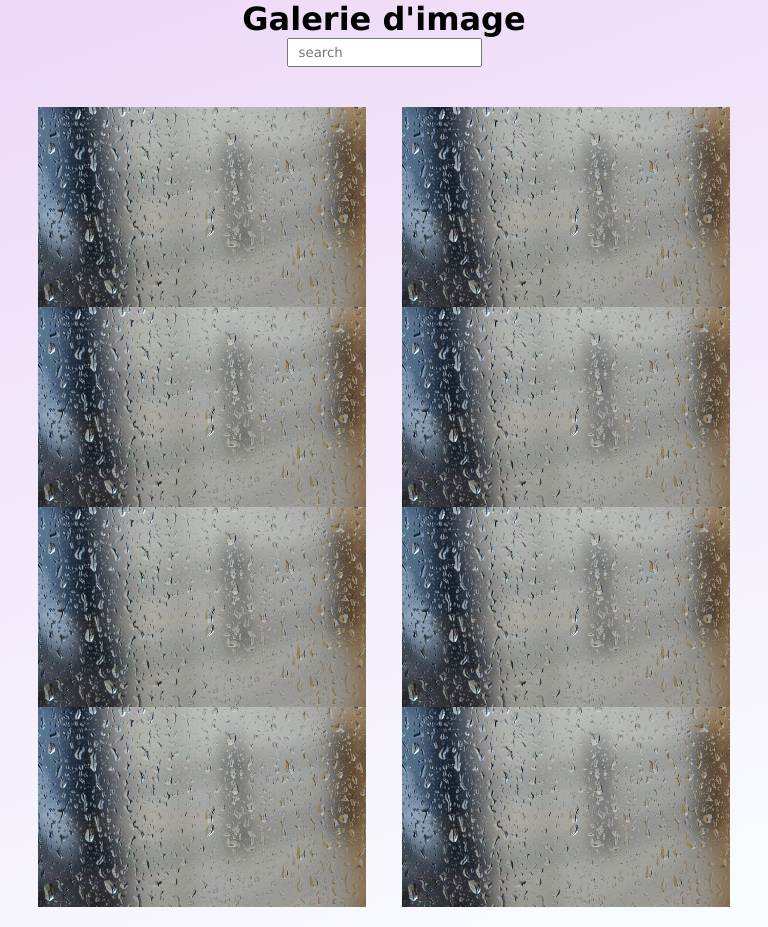
Repository: Chaimaa482/web2-tp3
Page: exo1_responsive.html
These files come from the project's save history. The page is drawn as it stood at one moment and after the next save; the edit follows.
The browser window is 768 px wide. The pictures show the whole page.

Above is the page before, as saved 2024-02-20 21:01:39.

After the next save:
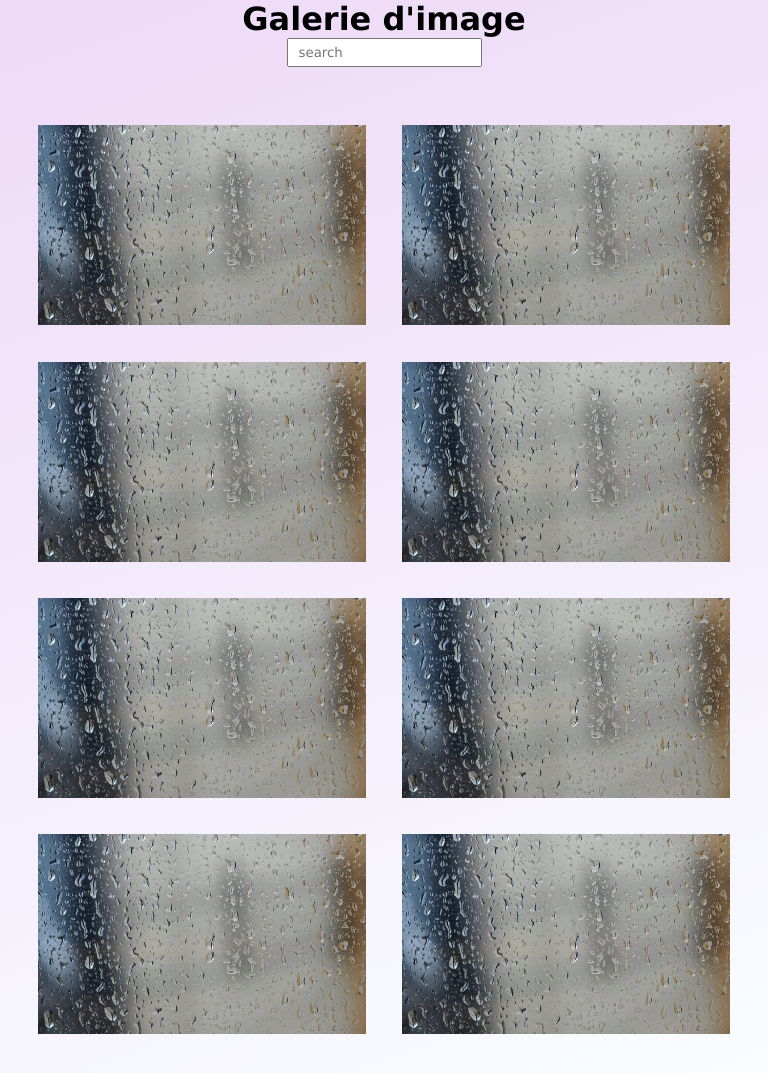
Saved 21 s later.
--- a/exo1_responsive.html
+++ b/exo1_responsive.html
@@ -55,7 +55,7 @@
 @media (min-width: 601px) and (max-width: 900px) {
   img {
     width: 45%; /* Display two pictures per row */
-    margin: 0 2.5%; /* Add some space between images */
+    margin: 2.5% 2.5%; /* Add some space between images */
   }
 }
 
